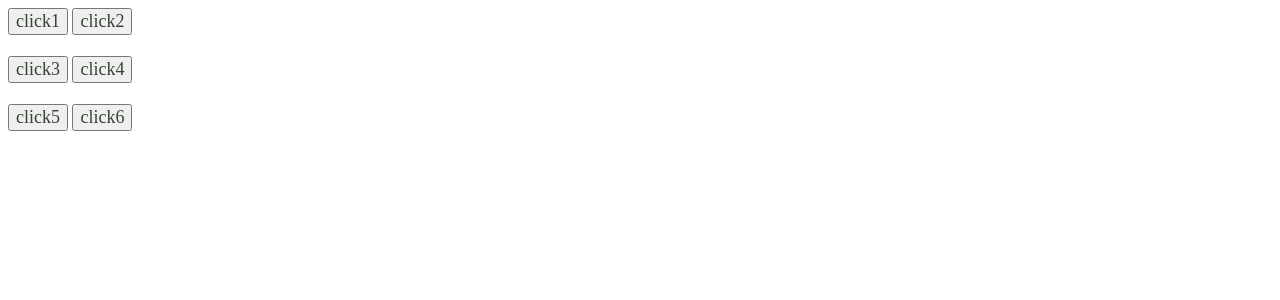
Repository: youngsik0405/Web-study
Page: JsonApp/WebContent/JsonTest06.html
An editor plug-in stored every save of this project. The page is shown before and after the next save, followed by the edit.
The browser window is 1280 px wide. The pictures show the whole page.

Above is the page before, as saved 2025-02-05 02:30:12.

### JsonApp/WebContent/JsonTest06.html
<!DOCTYPE html>
<html>
<head>
<meta charset="UTF-8">
<title>JsonTest06.html</title>
<link rel="stylesheet" type="text/css" href="css/main.css">
<script type="text/javascript">

	// ①
	/*
	var myJsonObject6 =
	{
		"test" : 123
	}
 	*/

 	// ②
	/*
 	var myJsonObject6 =
	{
		"test" : 123.456
	}
 	*/

 	// ③
 	/*
 	var myJsonObject6 =
	{
		"test" : true
	}
	*/

	// ④
	var myJsonObject6 =
	{
		"test" : null
	}


</script>

</head>
<body>

<form>
	<input type="button" value="click1" onclick="alert(myJsonObject6.test)">
	<!-- ① → 123 -->
	<!-- ② → 123.456 -->
	<!-- ③ → true -->
	<!-- ④ → null -->

	<input type="button" value="click2" onclick="alert(typeof myJsonObject6.test)">
	<!-- ① → number -->
	<!-- ② → number -->
	<!-- ③ → boolean -->
	<!-- ④ → object --> <!-- check~!!! -->

	<br><br>

	<input type="button" value="click3"
		onclick="myJsonObject6.test=false; alert(myJsonObject6.test)">
	<!-- false -->

	<input type="button" value="click4"
		onclick="myJsonObject6.test=false; alert(typeof myJsonObject6.test)">
	<!-- boolean -->

	<br><br>

	<input type="button" value="click5"
		onclick="myJsonObject6.test=123; alert(myJsonObject6.test)">
	<!-- 123 -->

	<input type="button" value="click6"
		onclick="myJsonObject6.test=123; alert(typeof myJsonObject6.test)">
	<!-- number -->

</form>


</body>
</html>

### JsonApp/WebContent/css/main.css
@charset "UTF-8";

/* main.css */

*
{
	font-family: 맑은 고딕;
	color: #334433;
}

body, p, div, span, input, table, th, td, select
{
	font-size: 18px;
}

.control
{
	border: 1px solid gray;
	border-radius: 3px;
}

.table
{
	border-collapse: collapse;
	width: 100%;
}

.table th, .table td
{
	border: 1px solid gray;
	border-left: 0px;
	border-right: 0px;
	padding: 3px;
	line-height: 150%;
}

.table th
{
	font-weight: bold;
	background-color: #eeeeee;
}

.btn
{
	font-weight: bold;
}

.btn:hover
{
	color: white;
	background-color: #778877;
}

After the next save:
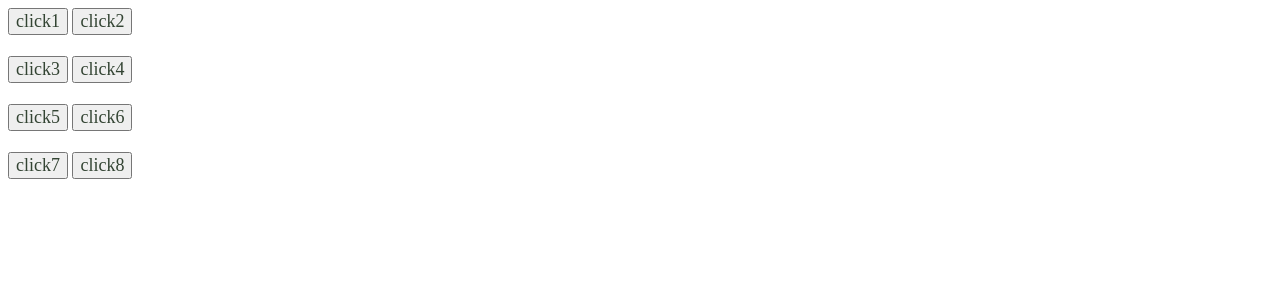
Saved 30 s later.
--- a/JsonApp/WebContent/JsonTest06.html
+++ b/JsonApp/WebContent/JsonTest06.html
@@ -75,6 +75,18 @@
 		onclick="myJsonObject6.test=123; alert(typeof myJsonObject6.test)">
 	<!-- number -->
 
+	<br><br>
+
+	<input type="button" value="click7"
+		onclick="myJsonObject6.test='123'; alert(myJsonObject6.test)">
+	<!-- 123 -->
+
+	<input type="button" value="click8"
+		onclick="myJsonObject6.test='123'; alert(typeof myJsonObject6.test)">
+	<!-- number -->
+
+
+
 </form>
 
 
